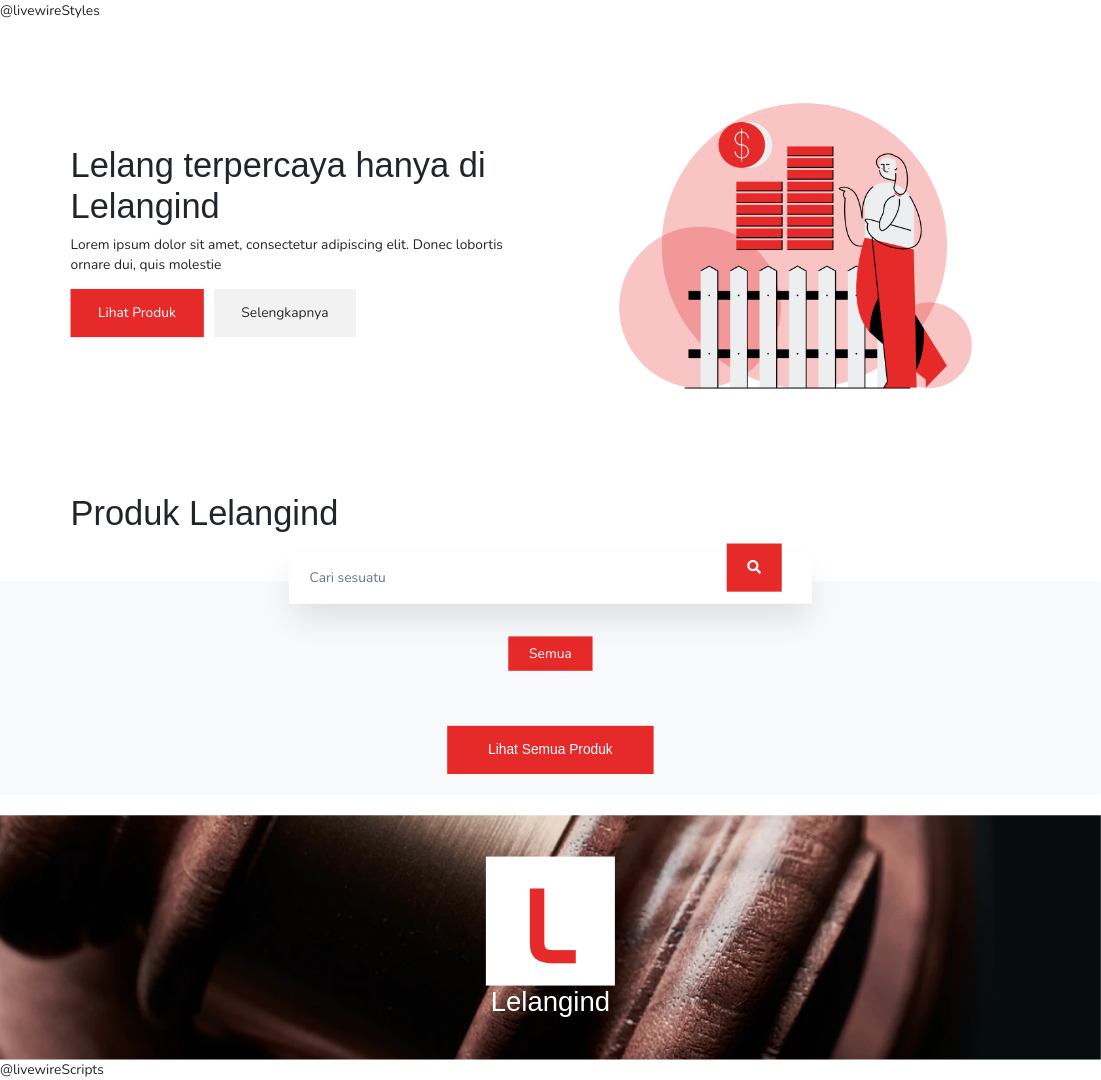
Repository: khulqu15/lelangyuk
Page: http://localhost/
These files come from the project's save history. The page is drawn as it stood at one moment and after the next save; the edit follows.
The browser window is 1280 px wide. The pictures show the whole page, at 86% of full size.
Backgrounds fixed to the window are drawn as part of the page. Some web fonts or font styles are not loaded; a fallback is used. The page is served by the project's Laravel application, run on PHP 8.4 with Laravel 8. Other server files are loaded and not shown. Queries for data that is not in the repository find no rows.

Above is the page before, as saved 2021-02-15 16:00:54.

### routes/web.php
<?php

use App\Http\Controllers\PageController;
use App\Http\Livewire\Page\Home;
use Illuminate\Support\Facades\Route;

/*
|--------------------------------------------------------------------------
| Web Routes
|--------------------------------------------------------------------------
|
| Here is where you can register web routes for your application. These
| routes are loaded by the RouteServiceProvider within a group which
| contains the "web" middleware group. Now create something great!
|
*/

Route::get('/', [PageController::class, 'home'])->name('home');

Route::get('home', [Home::class, 'render']);

Route::middleware(['auth:sanctum', 'verified'])->get('/dashboard', function () {
    return view('dashboard');
})->name('dashboard');

### app/Http/Controllers/PageController.php
<?php

namespace App\Http\Controllers;

use App\Models\CategoryProduct;
use App\Models\Product;
use Illuminate\Http\Request;

class PageController extends Controller
{
    public $product;
    public $ctr;

    public function __construct(Product $product, CategoryProduct $category)
    {
        $this->ctr = $category;
        $this->product = $product;
    }

    public function home(Request $request)
    {
        $query = $this->product->query();
        $product = $query->with('Category');
        if($request->get('name')) {
            $products = $query->where('name', 'LIKE', "%".$request->get('name')."%");
        }
        if($request->get('category')) {
            $products = $query->where('category_id', $request->get('category'));
        }
        $products = $query->paginate(6);
        $categories = $this->ctr->paginate(4);
        return view('welcome', compact('products', 'categories'));
    }

    public function products(Request $request)
    {

    }

    public function product(Request $request)
    {

    }
}

### app/Http/Controllers/Controller.php
<?php

namespace App\Http\Controllers;

use GuzzleHttp\Exception\ClientException;
use Illuminate\Foundation\Auth\Access\AuthorizesRequests;
use Illuminate\Foundation\Bus\DispatchesJobs;
use Illuminate\Foundation\Validation\ValidatesRequests;
use Illuminate\Routing\Controller as BaseController;

class Controller extends BaseController
{
    use AuthorizesRequests, DispatchesJobs, ValidatesRequests;

    public function onSuccess($dataType, $data, $requestType = null)
    {
        if($requestType != null) {
            return response()->json([
                'status' => "$dataType $requestType",
                'code' => '200',
                'data' => $data
            ]);
        }
        if($data == null) {
            return response()->json([
                'status' => "$dataType Not Found",
                'code' => '404',
                'message' => "Data $dataType belum ada",
                'data' => $data
            ]);
        }
        return response()->json([
            'status' => "$dataType Founded",
            'code' => '200',
            'message' => "Data $dataType ditemukan",
            'data' => $data
        ]);
    }

    public function onError(\Exception $e)
    {
        if($e instanceof ClientException) {
            $nException = json_decode($e->getResponse()->getBody()->getContents(), true);
            if($nException) {
                $e = new \Exception($nException['reason'], $nException['code']);
            }
        }
        $exceptions = [
            'status' => 'Failed Error',
            'code' => $e->getCode(),
            'error' => $e->getMessage(),
        ];
        return response()->json($exceptions);
    }
}

### app/Models/Product.php
<?php

namespace App\Models;

use Illuminate\Database\Eloquent\Factories\HasFactory;
use Illuminate\Database\Eloquent\Model;

class Product extends Model
{
    use HasFactory;

    protected $table = 'products';

    protected $fillable = ['name', 'close', 'price', 'picture', 'description', 'category_id'];

    public function Category()
    {
        return $this->belongsTo(CategoryProduct::class, 'category_id');
    }
}

### app/Models/CategoryProduct.php
<?php

namespace App\Models;

use Illuminate\Database\Eloquent\Factories\HasFactory;
use Illuminate\Database\Eloquent\Model;

class CategoryProduct extends Model
{
    use HasFactory;

    protected $table = 'category_products';

    protected $fillable = ['name'];

    public function Product()
    {
        return $this->hasMany(Product::class, 'category_id');
    }
}

### resources/views/welcome.blade.php
@extends('layouts.general')

@section('title', 'Beranda')

@section('content')

<div class="container py-5">
    <div class="row pt-5 pb-4">
        <div class="col-md-6 pt-5">
            <h1 class="viga">Lelang terpercaya hanya di Lelangind</h1>
            <p>Lorem ipsum dolor sit amet, consectetur adipiscing elit. Donec lobortis ornare dui, quis molestie </p>
            <button class="btn btnm-primary">Lihat Produk</button>
            <button class="btn btnm-light mx-2">Selengkapnya</button>
        </div>
        <div class="col-md-6 py-md-0 py-4 text-center">
            <img src="{{ asset('img/illust/home.png') }}" class="w-75" alt="">
        </div>
    </div>
</div>

<div class="container mt-5">
    <div class="row">
        <div class="col-md-12">
            <h1 class="viga">Produk Lelangind</h1>
        </div>
    </div>
</div>

<div class="container-fluid mt-5 pt-3 bg-light">
    <div class="container">
        <div class="row">
            <div class="col-md-8 offset-md-2 text-center position-relative">
                <div class="input-search-home">
                    <form action="{{ route('home') }}" method="GET">
                        <div class="row">
                            <div class="col-9">
                                <input value="{{ request()->get('name') == null ? null : request()->get('name') }}"
                                type="text" name="name" placeholder="Cari sesuatu" class="form-control px-4 border-0">
                            </div>
                            <div class="col-3">
                                @if (Request::get('name') == null)
                                    <button type="submit" class="btn btnm-primary px-4">
                                        <i class="fas fa-search"></i>
                                    </button>
                                @else
                                    <a href="{{ route('home') }}" type="button" class="btn btnm-light px-4">
                                        <i class="fas fa-undo"></i>
                                    </a>
                                @endif
                            </div>
                        </div>
                    </form>
                </div>
                <div class="pt-5 pb-3">
                    <a href="{{ route('home') }}" class="btn {{ request()->get('category') == null ? 'btnm-primary' : 'btnm-light' }} btnm-primary my-md-0 my-2 mx-2 px-4 py-2">Semua</a>
                    @foreach ($categories as $category)
                        <a href="{{ route('home', ['category' => $category->id]) }}"
                        class="btn {{ request()->get('category') == $category->id ? 'btnm-primary' : 'btnm-light' }} my-md-0 my-2 mx-2 px-4 py-2">{{ $category->name }}</a>
                    @endforeach
                </div>
            </div>
        </div>
        <div class="row my-4">
            @foreach ($products as $product)
            <div class="col-md-4 col-sm-6 my-2">
                <div class="card card-product border-0 cursor-point mb-4">
                    <div class="image">
                        <img src="{{ asset('img/product/'.$product->picture) }}" class="w-100 image-fit-card" alt="Produk">
                    </div>
                    <div class="body p-4">
                        <h4 class="viga">{{ $product->name }}</h4>
                        <div>
                            <div class="line-category"></div>
                            <p class="mb-0 d-inline-block textm-gray position-relative" style="top: 3px">{{ $product->category->name }}</p>
                        </div>
                        <div class="mt-4">
                            <h5 class="viga textm-primary">Rp {{ number_format($product->price) }},-</h5>
                        </div>
                        <button class="btn viga btnm-primary py-3 px-5 position-absolute" style="right:0; bottom: -16px">Lebih Detail</button>
                    </div>
                </div>
            </div>
            @endforeach
            <div class="col-12 text-center py-4">
                <button class="btn btnm-primary px-5 py-3 viga">Lihat Semua Produk</button>
            </div>
        </div>
    </div>
</div>

<div class="container-fluid py-5 bg-hammer-bottom">
    <div class="row">
        <div class="col-md-8 offset-md-2 text-center">
            <img src="{{ asset('img/logo-white.png') }}" width="150px" alt="Logo">
            <h2 class="viga text-white mb-0">Lelangind</h2>
        </div>
    </div>
</div>

@endsection

### resources/views/layouts/general.blade.php
<!DOCTYPE html>
<html lang="{{ str_replace('_', '-', app()->getLocale()) }}">
    <head>
        <meta charset="utf-8">
        <meta name="viewport" content="width=device-width, initial-scale=1">

        <title>Lelangind | @yield('title')</title>

        <link rel="shortcut icon" href="{{ asset('img/logo.png') }}" type="image/x-icon">

        <!-- Fonts -->
        <link href="https://fonts.googleapis.com/css2?family=Nunito:wght@400;600;700&display=swap" rel="stylesheet">
        <link href="https://fonts.googleapis.com/css2?family=Viga:wght@400;600;700&display=swap" rel="stylesheet">

        {{-- Scripts --}}
        <script src="{{ asset('js/jquery-3.5.1.min.js') }}"></script>
        <script src="{{ asset('js/bootstrap.min.js') }}"></script>
        <script src="{{ asset('js/all.min.js') }}"></script>
        <script src="{{ asset('js/fontawesome.min.js') }}"></script>

        @yield('asset')

        <!-- Styles -->
        <link rel="stylesheet" href="{{ asset('css/bootstrap.min.css') }}">
        <link rel="stylesheet" href="{{ asset('css/all.min.css') }}">
        <link rel="stylesheet" href="{{ asset('css/fontawesome.min.css') }}">
        <link rel="stylesheet" href="{{ asset('css/style.css') }}">
        <style>
            /*! normalize.css v8.0.1 | MIT License | github.com/necolas/normalize.css */html{line-height:1.15;-webkit-text-size-adjust:100%}body{margin:0}a{background-color:transparent}[hidden]{display:none}html{font-family:system-ui,-apple-system,BlinkMacSystemFont,Segoe UI,Roboto,Helvetica Neue,Arial,Noto Sans,sans-serif,Apple Color Emoji,Segoe UI Emoji,Segoe UI Symbol,Noto Color Emoji;line-height:1.5}*,:after,:before{box-sizing:border-box;border:0 solid #e2e8f0}a{color:inherit;text-decoration:inherit}svg,video{display:block;vertical-align:middle}video{max-width:100%;height:auto}.bg-white{--bg-opacity:1;background-color:#fff;background-color:rgba(255,255,255,var(--bg-opacity))}.bg-gray-100{--bg-opacity:1;background-color:#f7fafc;background-color:rgba(247,250,252,var(--bg-opacity))}.border-gray-200{--border-opacity:1;border-color:#edf2f7;border-color:rgba(237,242,247,var(--border-opacity))}.border-t{border-top-width:1px}.flex{display:flex}.grid{display:grid}.hidden{display:none}.items-center{align-items:center}.justify-center{justify-content:center}.font-semibold{font-weight:600}.h-5{height:1.25rem}.h-8{height:2rem}.h-16{height:4rem}.text-sm{font-size:.875rem}.text-lg{font-size:1.125rem}.leading-7{line-height:1.75rem}.mx-auto{margin-left:auto;margin-right:auto}.ml-1{margin-left:.25rem}.mt-2{margin-top:.5rem}.mr-2{margin-right:.5rem}.ml-2{margin-left:.5rem}.mt-4{margin-top:1rem}.ml-4{margin-left:1rem}.mt-8{margin-top:2rem}.ml-12{margin-left:3rem}.-mt-px{margin-top:-1px}.max-w-6xl{max-width:72rem}.min-h-screen{min-height:100vh}.overflow-hidden{overflow:hidden}.p-6{padding:1.5rem}.py-4{padding-top:1rem;padding-bottom:1rem}.px-6{padding-left:1.5rem;padding-right:1.5rem}.pt-8{padding-top:2rem}.fixed{position:fixed}.relative{position:relative}.top-0{top:0}.right-0{right:0}.shadow{box-shadow:0 1px 3px 0 rgba(0,0,0,.1),0 1px 2px 0 rgba(0,0,0,.06)}.text-center{text-align:center}.text-gray-200{--text-opacity:1;color:#edf2f7;color:rgba(237,242,247,var(--text-opacity))}.text-gray-300{--text-opacity:1;color:#e2e8f0;color:rgba(226,232,240,var(--text-opacity))}.text-gray-400{--text-opacity:1;color:#cbd5e0;color:rgba(203,213,224,var(--text-opacity))}.text-gray-500{--text-opacity:1;color:#a0aec0;color:rgba(160,174,192,var(--text-opacity))}.text-gray-600{--text-opacity:1;color:#718096;color:rgba(113,128,150,var(--text-opacity))}.text-gray-700{--text-opacity:1;color:#4a5568;color:rgba(74,85,104,var(--text-opacity))}.text-gray-900{--text-opacity:1;color:#1a202c;color:rgba(26,32,44,var(--text-opacity))}.underline{text-decoration:underline}.antialiased{-webkit-font-smoothing:antialiased;-moz-osx-font-smoothing:grayscale}.w-5{width:1.25rem}.w-8{width:2rem}.w-auto{width:auto}.grid-cols-1{grid-template-columns:repeat(1,minmax(0,1fr))}@media (min-width:640px){.sm\:rounded-lg{border-radius:.5rem}.sm\:block{display:block}.sm\:items-center{align-items:center}.sm\:justify-start{justify-content:flex-start}.sm\:justify-between{justify-content:space-between}.sm\:h-20{height:5rem}.sm\:ml-0{margin-left:0}.sm\:px-6{padding-left:1.5rem;padding-right:1.5rem}.sm\:pt-0{padding-top:0}.sm\:text-left{text-align:left}.sm\:text-right{text-align:right}}@media (min-width:768px){.md\:border-t-0{border-top-width:0}.md\:border-l{border-left-width:1px}.md\:grid-cols-2{grid-template-columns:repeat(2,minmax(0,1fr))}}@media (min-width:1024px){.lg\:px-8{padding-left:2rem;padding-right:2rem}}@media (prefers-color-scheme:dark){.dark\:bg-gray-800{--bg-opacity:1;background-color:#2d3748;background-color:rgba(45,55,72,var(--bg-opacity))}.dark\:bg-gray-900{--bg-opacity:1;background-color:#1a202c;background-color:rgba(26,32,44,var(--bg-opacity))}.dark\:border-gray-700{--border-opacity:1;border-color:#4a5568;border-color:rgba(74,85,104,var(--border-opacity))}.dark\:text-white{--text-opacity:1;color:#fff;color:rgba(255,255,255,var(--text-opacity))}.dark\:text-gray-400{--text-opacity:1;color:#cbd5e0;color:rgba(203,213,224,var(--text-opacity))}}
        </style>

        <style>
            body {
                font-family: 'Nunito';
            }
        </style>
        @livewireStyles
    </head>
    <body class="antialiased">

        @yield('content')

    @livewireScripts
    </body>
</html>

### public/css/style.css
.viga {
    font-family: 'Viga', sans-serif;
}
.bgm-primary {
    background-color: #E62A2A !important;
}
.btnm-primary {
    border: none;
    border-radius: 0px !important;
    transition: all .3s ease-in-out;
    background-color: #E62A2A !important;
    padding: 1rem 2rem;
    color: white;
}
.cursor-point {
    cursor: pointer;
}
.btnm-primary:hover {
    color: white !important;
    background-color: #c01c1c !important;
}
.btnm-light {
    border: none;
    border-radius: 0px !important;
    transition: all .3s ease-in-out;
    background-color: #f2f2f2 !important;
    padding: 1rem 2rem;
    color: #292929;
}
.btnm-light:hover {
    color: #292929 !important;
    background-color: #c2c2c2 !important;
}
.textm-primary {
    color: #E62A2A !important;
}
.textm-gray {
    color: gray !important;
}

.input-search-home {
    width: 80%;
    position: absolute;
    left: 10%;
    height: 60px;
    box-shadow: 0px 20px 40px -6px rgba(0, 0, 0, 0.12);
    top: -50px;
    background-color: white;
}
.input-search-home input {
    height: 60px;
}
.input-search-home button,
.input-search-home a {
    position: relative;
    top: -10px;
}


.card-product {
    width: 100%;
    transition: all .3s ease-in-out;
    height: 370px;
    background-color: white;
}
.card-product:hover {
    box-shadow: 12px 24px 48px rgba(0, 0, 0, 0.09);
}
.card-product .image {
    width: 100%;
    height: 170px;
    background-color: #f36c6c;
    overflow: hidden;
}
.card-product .image img {
    transition: all .3s ease-in-out;
}
.card-product .image:hover img {
    transform: scale(1.1);
    opacity: .6;
}
.image-fit-card {
    width: 100%;
    height: 100%;
    object-fit: cover !important;
}
.card-product .line-category {
    display: inline-block;
    width: 20px;
    height: 3px;
    background-color: gray;
}

.bg-hammer-bottom {
    background: url('../img/wallpaper/hammer.png');
    background-attachment: fixed;
    background-position: center;
    background-size: cover;
}

Loaded but not shown: public/js/jquery-3.5.1.min.js (library); public/js/bootstrap.min.js (library); public/js/fontawesome.min.js (library); public/css/bootstrap.min.css (library); public/css/all.min.css (library); public/css/fontawesome.min.css (library)

After the next save:
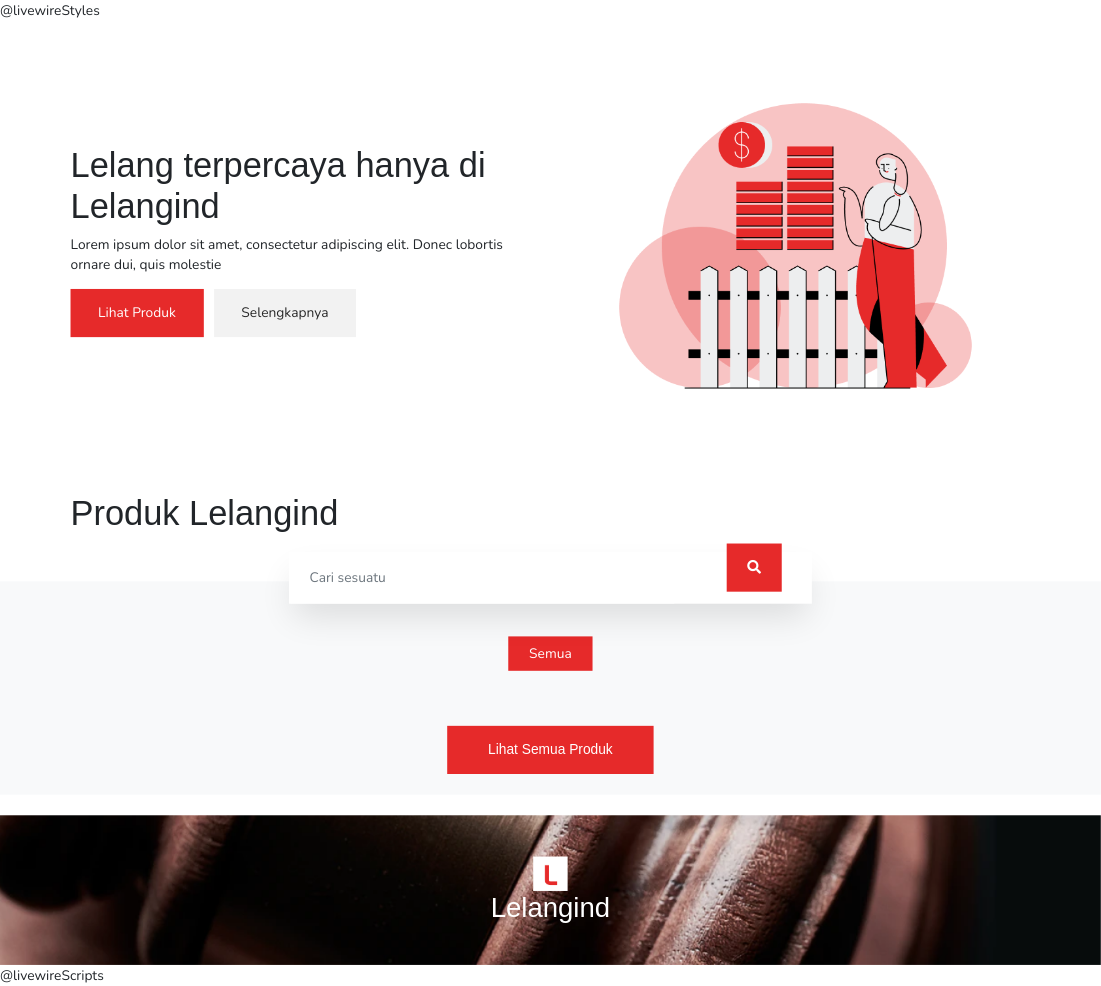
Saved 17 s later.
--- a/resources/views/welcome.blade.php
+++ b/resources/views/welcome.blade.php
@@ -91,7 +91,7 @@
 <div class="container-fluid py-5 bg-hammer-bottom">
     <div class="row">
         <div class="col-md-8 offset-md-2 text-center">
-            <img src="{{ asset('img/logo-white.png') }}" width="150px" alt="Logo">
+            <img src="{{ asset('img/logo-white.png') }}" width="40px" alt="Logo">
             <h2 class="viga text-white mb-0">Lelangind</h2>
         </div>
     </div>
